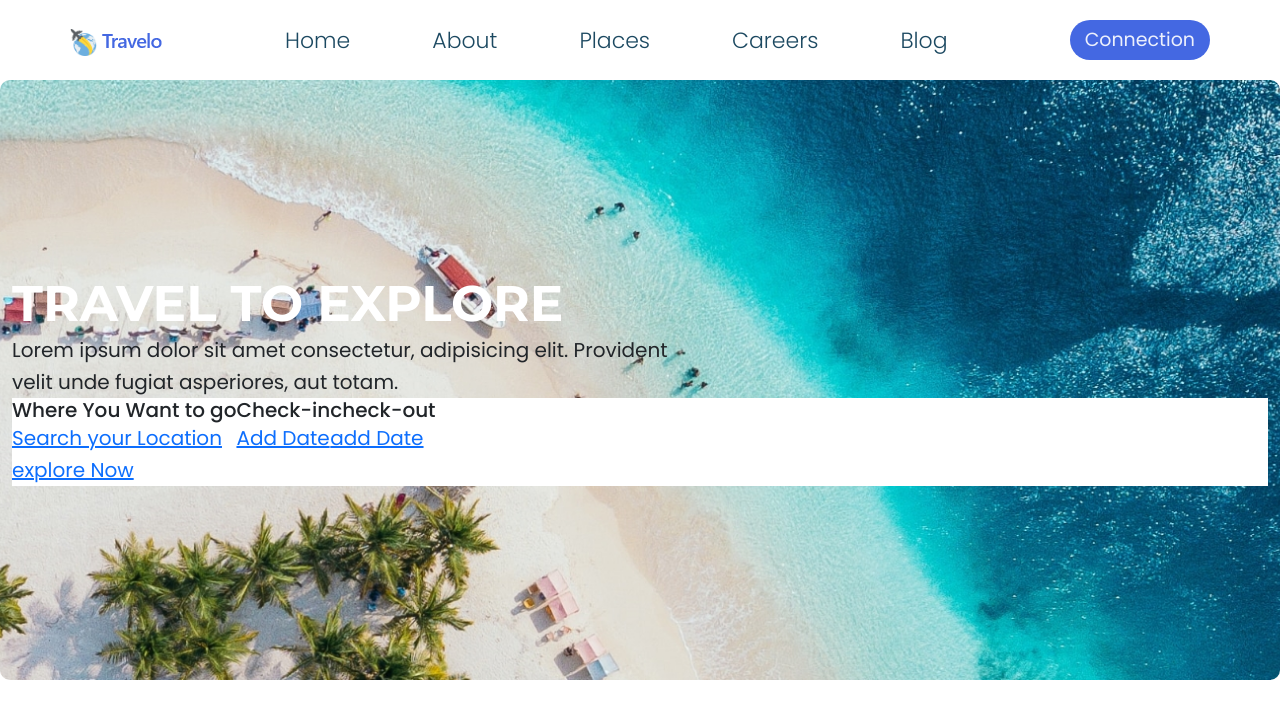
Repository: kuluong2000/travel
Page: index.html
These files come from the project's save history. The page is drawn as it stood at one moment and after the next save; the edit follows.
The browser window is 1280 px wide. The pictures show the whole page.
The style sheet was rebuilt from its Sass, Less or Tailwind sources for each picture, by a compiler version that may differ from the author's.

Above is the page before, as saved 2021-09-03 23:10:10.

After the next save:
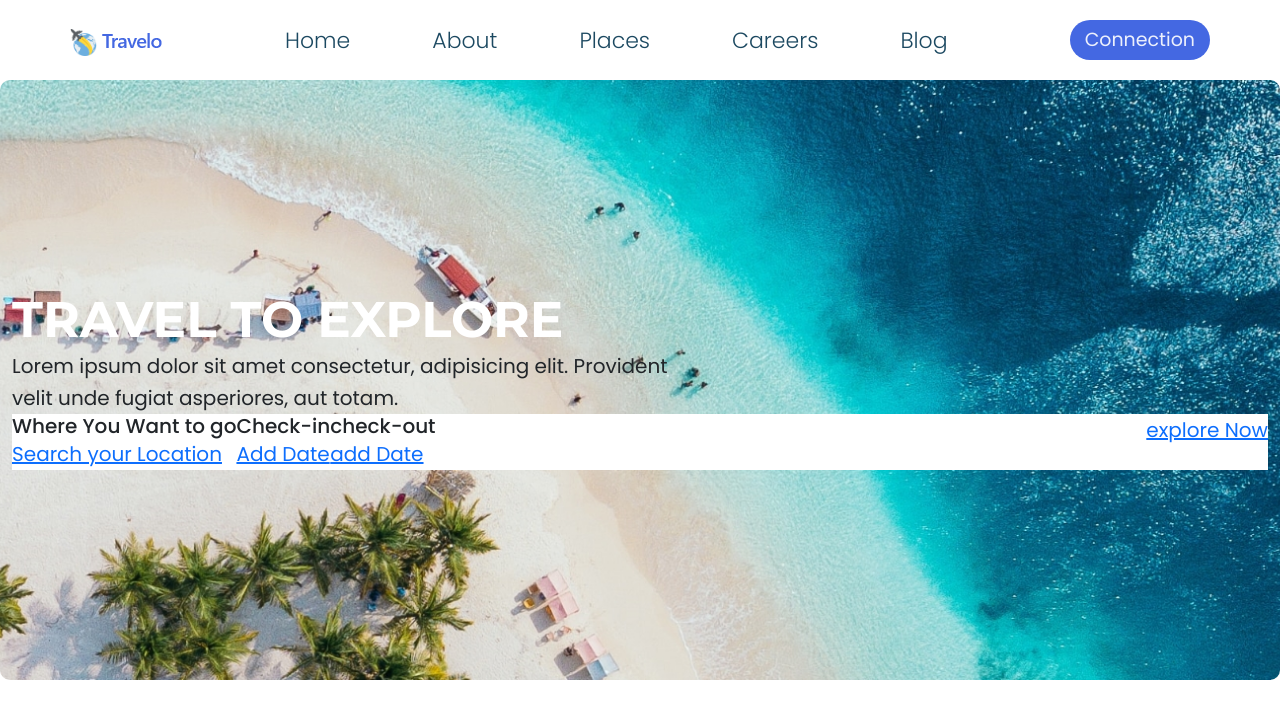
Saved 25 s later.
--- a/assets/sass/_banner.scss
+++ b/assets/sass/_banner.scss
@@ -27,9 +27,12 @@
 }
   &__main__bottom{
     background-color: white;
+    display: flex;
+    justify-content: space-between;
 }
   &__main_list{
     display: flex;
+
 }
   &__main__item{
 
